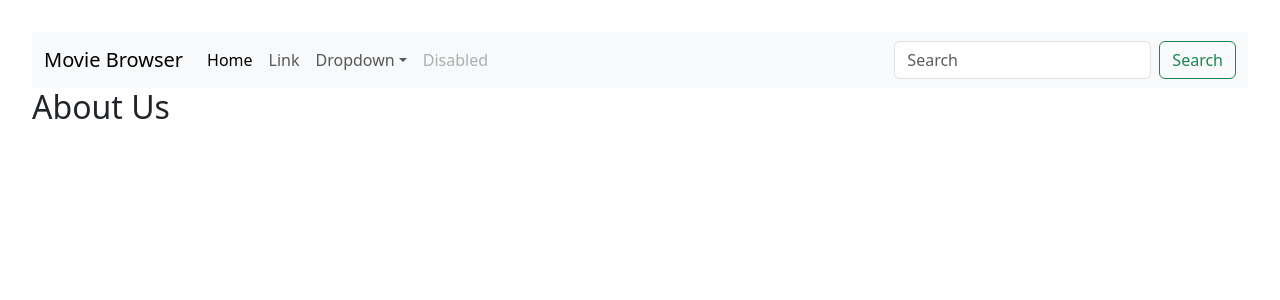
Repository: blordeus/movie-search-browser
Page: /about (app in movie-browser/)
These files come from the project's save history. The page is drawn as it stood at one moment and after the next save; the edit follows.
The browser window is 1280 px wide. The pictures show the whole page.
The project was rebuilt for these pictures with package versions that can differ from the ones it lists, and the page was loaded fresh each time. Also part of the build but not shown: movie-browser/vite.config.js, movie-browser/src/components/Home.jsx.

Above is the page before, as saved 2023-09-03 14:36:43.

After the next save:
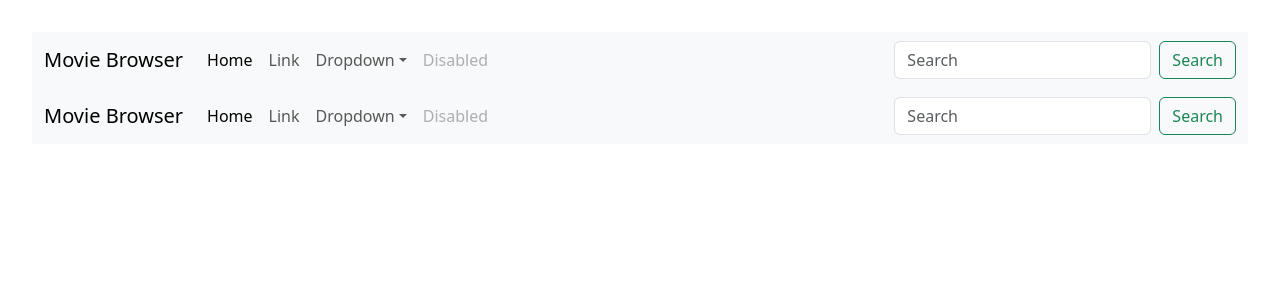
Saved 7 s later.
--- a/movie-browser/src/App.jsx
+++ b/movie-browser/src/App.jsx
@@ -11,7 +11,7 @@
       <NavBar/>
       <Routes>
         <Route path='/' element={<Home/>}/>
-        <Route path='/about' element={<About/>}/>
+        <Route path='/about' element={<NavBar/>}/>
       </Routes>
     </>
   )

After the save that followed:
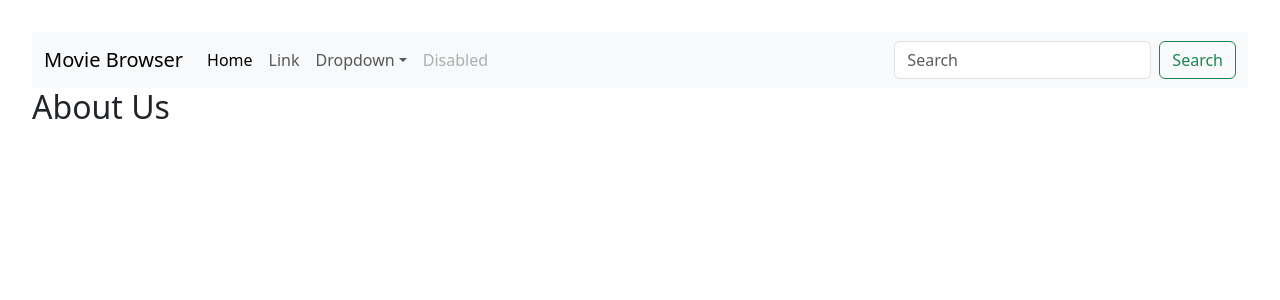
Saved 13 s later.
--- a/movie-browser/src/App.jsx
+++ b/movie-browser/src/App.jsx
@@ -11,7 +11,7 @@
       <NavBar/>
       <Routes>
         <Route path='/' element={<Home/>}/>
-        <Route path='/about' element={<NavBar/>}/>
+        <Route path='/about' element={<About/>}/>
       </Routes>
     </>
   )
